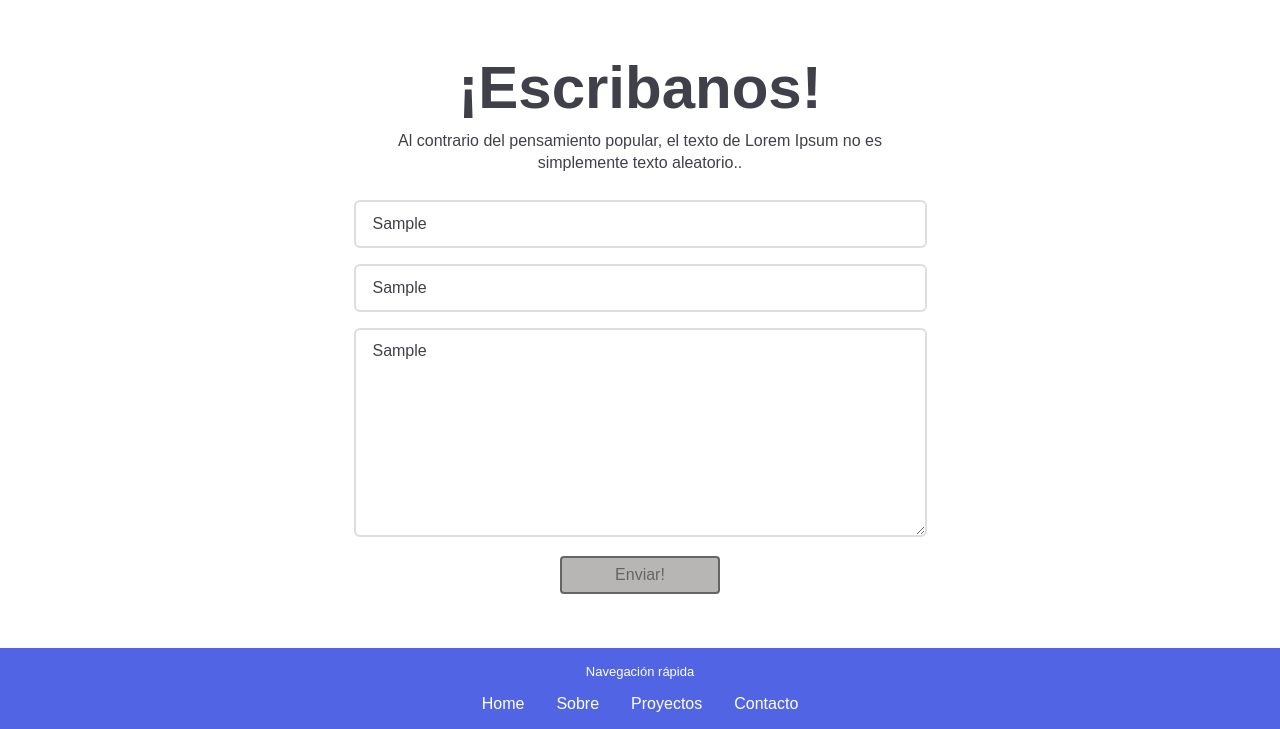
Repository: robsonmarkes/accesibilidad
Page: index.html
The author's editor kept a copy of each file at every save. The page is drawn from the files as they stood at one save, then again after the next save.
The browser window is 1280 px wide. The pictures show the part of the page from y = 1369 to 2098 px (the page is 2098 px tall).
Empty fields were first filled with sample values (such as "Sample", 5 or name@example.com).
After loading, the first visible `#name` was changed once.
A picture or video elsewhere on the page could not be fetched, so the positions and the page height are approximate.

Above is the page before, as saved 2022-10-11 16:33:53.

After the next save:
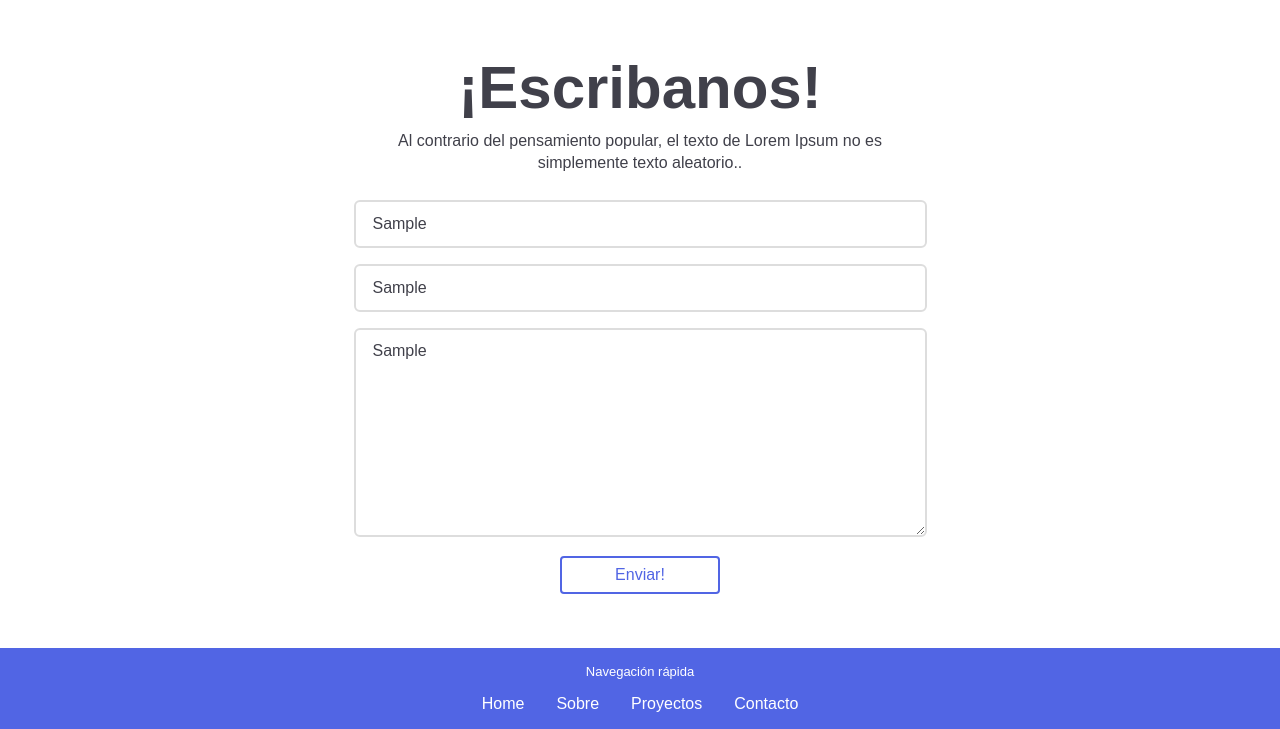
Saved 86 s later.
--- a/scripts.js
+++ b/scripts.js
@@ -14,11 +14,13 @@
         const showMessage = (messageText) => {
             message.innerHTML = messageText
             message.classList.contains(`hidden`) ? message.classList.remove(`hidden`) : null;
+            sendButton.setAttribute(`disabled`);
         };
 
         const hideMessage = () => {
             message.innerHTML = ``
             !message.classList.contains(`hidden`) ? message.classList.add(`hidden`) : null;
+            sendButton.removeAttribute(`disabled`);
         };
 
         const validateName = (input) => {
@@ -51,8 +53,6 @@
             validateMessage(input)
         }
 
-        console.log(form);
-
     }
 
     const toggleModal = (event) => {

After the 2 saves that followed:
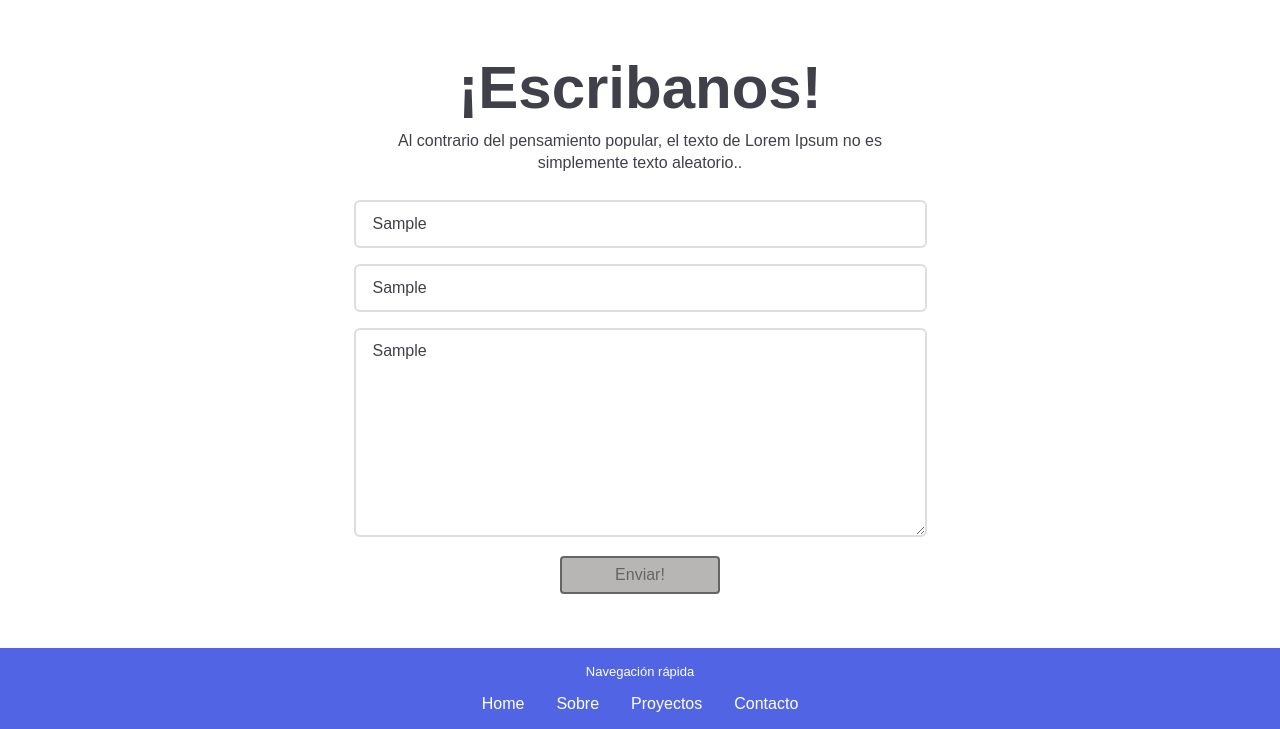
The 2 saves are shown as one change because 1 left the picture as it was.
The last was saved 3 min 1 s later.
--- a/scripts.js
+++ b/scripts.js
@@ -14,13 +14,11 @@
         const showMessage = (messageText) => {
             message.innerHTML = messageText
             message.classList.contains(`hidden`) ? message.classList.remove(`hidden`) : null;
-            sendButton.setAttribute(`disabled`);
         };
 
         const hideMessage = () => {
             message.innerHTML = ``
             !message.classList.contains(`hidden`) ? message.classList.add(`hidden`) : null;
-            sendButton.removeAttribute(`disabled`);
         };
 
         const validateName = (input) => {
@@ -41,6 +39,10 @@
             return input.value.length > 5 ? true : false;
         };
 
+        const disabledButton = () => {
+            console.log(form);
+        };
+
         if(input[`name`] == `name`) {
             validateName(input);
         }
@@ -52,6 +54,8 @@
         if(input[`name`] == `message`) {
             validateMessage(input)
         }
+
+
 
     }
 
